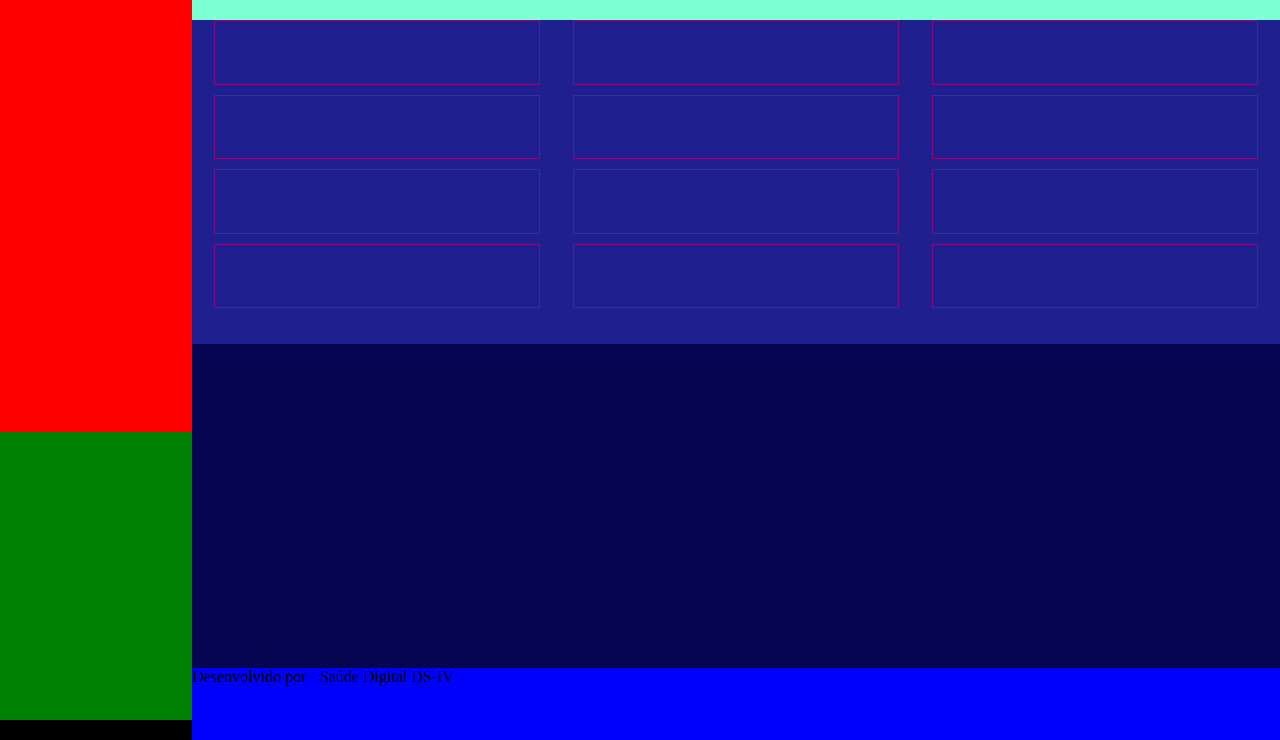
Repository: br-on/ddaf-chamados
Page: index.html
The author's editor kept a copy of each file at every save. The page is drawn from the files as they stood at one save, then again after the next save.
The browser window is 1280 px wide. The pictures show the whole page.

Above is the page before, as saved 2025-01-19 20:36:20.

After the next save:
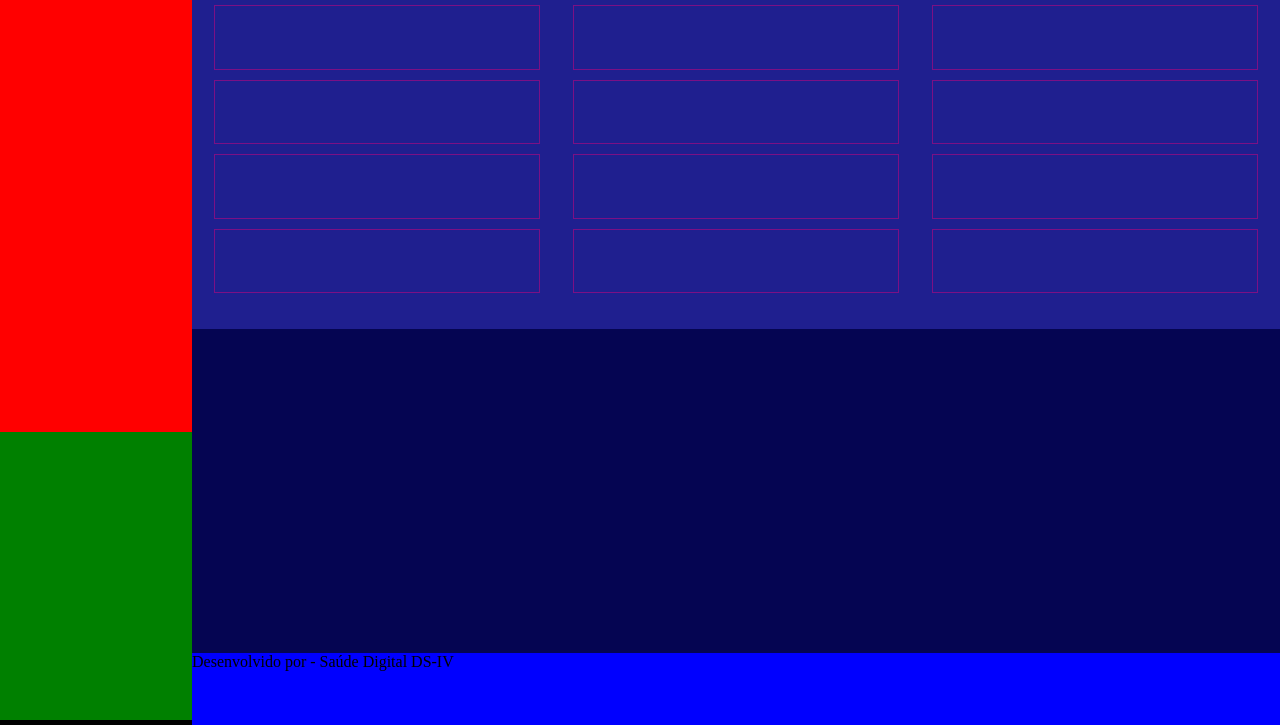
Saved 15 s later.
--- a/style.css
+++ b/style.css
@@ -25,7 +25,7 @@
 }
 .tipos-demandas {
     height: 45%;
-    margin-top: 20px;
+    padding-top: 5px;
     background-color: rgb(31, 31, 143);
     display: grid;
     justify-content: center;
